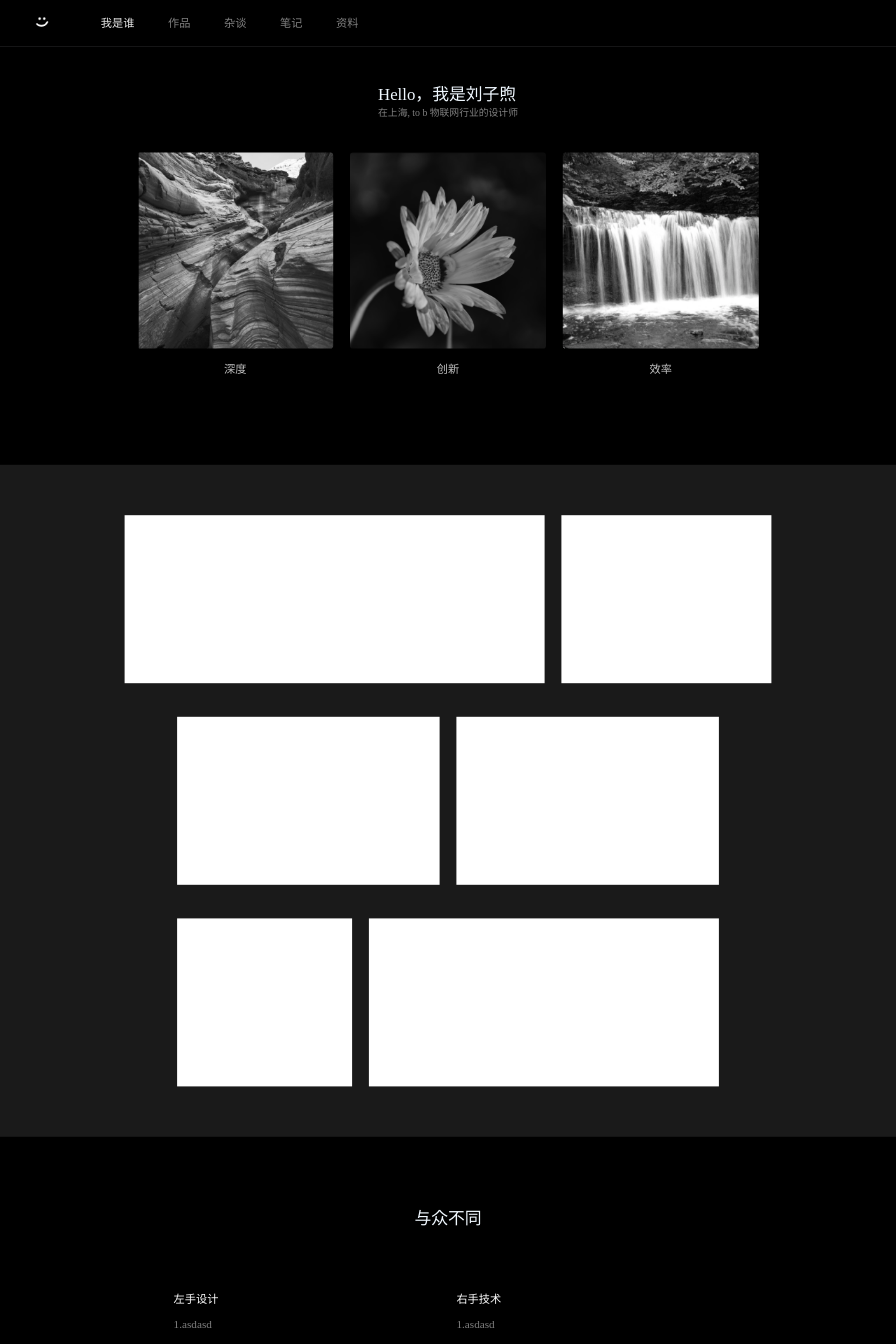
Repository: LiuZixu-aurelio/myblog-Vue
Page: /#/home/who
An editor plug-in stored every save of this project. The page is shown before and after the next save, followed by the edit.
The browser window is 1280 px wide. The pictures show the part of the page from y = 0 to 1920 px (the page is 2572 px tall), at 70% of full size.
The project was rebuilt for these pictures with package versions that can differ from the ones it lists, and the page was loaded fresh each time. Also part of the build but not shown: vue.config.js, src/views/PreView.vue, src/components/cardCom.vue, src/views/project.vue, src/views/talk.vue, src/views/sign.vue, src/views/test.vue, src/components/detailCom.vue.

Above is the page before, as saved 2022-08-29 15:18:26.

### src/App.vue
<template>
  <div>
    <!-- <img id='cursor' src="../public/Frame9.png" alt="" /> -->
    <router-view></router-view>
  </div>
</template>

<script>
/* window.onmousemove = function (e) {
  // e是事件对象
  console.log(document.querySelector('img').style.left)
  document.querySelector('img').style.left = e.pageX + 20 + 'px'
  document.querySelector('img').style.top = e.pageY + 20 + 'px'
} */
</script>


<style lang="scss">
* {
    cursor:url('../public/Frame9.svg'), auto;;
  }

/* #cursor {
    position: absolute;
    left: 0;
    top: 0;
} */

body{
  padding: 0px;
  margin: 0px;
  height: auto;
}
.hairlines{
  padding: 0px;
  margin: 0px;
}
#app{
  height: auto;
}

#pre {
  background-color: #000000;
  height: 100vh;

  .liuzixu{
    color: aliceblue;
    padding: 24px;
  }

  .cont{
    color: aliceblue;
    width: 100%;
    text-align: center;
    position: relative;
    top: 100px;
    z-index: 1;
  }

  .test {
  color:rgba(255, 255, 255, 0.5);
  z-index: 1;
  text-align: center;
  position: relative;
  bottom: -150px;
  width: auto;
  height: auto;
  cursor: default;
  font-size: 12px;
  }

  #start{
    width: 74px;
    height: 36px;
    border-radius: 18px;
    border: 1px solid white;
    color: white;
    background: none;
    font-size: 16px;
    margin: 16px 56px;
    position:static;
  }

  #start:hover{
    color: rgb(0,0,0 );
    background: white;
  }
}

.home{
  background-color: rgb(244, 246, 255);
  height: auto;

  .nav {
      background-color: black;
      height: 67px;
      line-height: 67px;
    img {
      margin: 0px 24px;
      position: relative;
      top: 4px;
    }

    .navkuaiu{
      margin: 0px 24px;
      color: rgba(255, 255, 255, 0.5);
      text-decoration: none;
      &.router-link-exact-active{
       color: rgba(255, 255, 255, 0.9);
    }
    }
    .navkuaiu:hover{
      font-size: 16px;
      color: rgba(255, 255, 255, 0.9);
      font-weight: 500;
    }

  }
  .color1{
    background-color: #000
  }

  .color2{
    background-color: rgb(244, 246, 255)
  }

  .whoheigt{height:94vh;

    .whocont{
      width: 92%;
      margin: auto;
      height: 90%;
      text-align: center;
    }

    .whodiv{
      display: inline-block;
      margin: 24px 24px 0px 24px;
      padding-bottom: 0px ;
      max-width: 80%;
      text-align: left;
      color: rgba(255, 255, 255, 0.75)
    }

    img{
      margin: 0px 24px;
      position: relative;
      top: 32px;
    }
  }
}

</style>

### src/router/index.js
import { createRouter, createWebHashHistory } from 'vue-router'
import HomeView from '../views/HomeView.vue'
import whoView from '../views/who.vue'
import PreView from '../views/PreView.vue'
import ProjectView from '../views/project.vue'
import TalkView from '../views/talk.vue'
import SignView from '../views/sign.vue'
import testQ from '../views/test.vue'

import DetailCom from '../components/detailCom.vue'

import { scard1, scard3 } from '../pages/zhihu.js'
import { scard1t, scard3t } from '../pages/talk-ux.js'
import { scardInfor1, scardInfor3 } from '../pages/infor.js'
import { extest1, extest3 } from '../pages/testhub.js'
import { button1, button3 } from '../pages/c-button'
import { signProduct1, signProduct3 } from '../pages/sign-product.js'
import { signBlender1, signBlender3 } from '../pages/sign-blender.js'
import { talkResponsive1, talkResponsive3 } from '../pages/talk-responsive.js'
import { signSAP1, signSAP3 } from '../pages/sign-sap.js'
import { signSalesforce1, signSalesforce3 } from '../pages/sign-salesforce.js'






const routes = [
  {
    path: '/', redirect: '/pre'
  },
  {
    path: '/pre',
    name: 'pre',
    component: PreView
  },
  {
    path: '/home',
    name: 'home',
    component: HomeView,
    children: [
      {
        path: '/home/who',
        name: 'homewho',
        component: whoView
      },
      {
        path: '/home/project',
        name: 'project',
        component: ProjectView,
      },
      {
        path: '/home/project/ZHIHU',
        name: 'ZHIHU',
        props: { na:scard1,im:scard3 },
        component: DetailCom
      },
      {
        path: '/home/project/test',
        name: 'testhub',
        props: { na:extest1,im:extest3 },
        component: DetailCom,
      },
      {
        path: '/home/project/infor',
        name: 'infor',
        props: { na:scardInfor1,im:scardInfor3 },
        component: DetailCom,
      },
      {
        path: '/home/talk',
        name: 'talk',
        component: TalkView,
      },
      {
        path: '/home/talk/DetailYHTYQT',
        name: 'Detail',
        props: { na:scard1t,im:scard3t },
        component: DetailCom
      },
      {
        path: '/home/talk/cbutton',
        name: 'cbutton',
        props: { na:button1,im:button3 },
        component: DetailCom
      },
      {
        path: '/home/talk/talk-responsive',
        name: 'talk-responsive',
        props: { na:talkResponsive1,im:talkResponsive3 },
        component: DetailCom
      },
      {
        path: '/home/sign',
        name: 'sign',
        component: SignView
      },
      {
        path: '/home/sign/sign-sap',
        name: 'sign-sap',
        props: { na:signSAP1,im:signSAP3 },
        component: DetailCom
      },
      {
        path: '/home/sign/sign-salesforce',
        name: 'sign-salesforce',
        props: { na:signSalesforce1,im:signSalesforce3 },
        component: DetailCom
      },
      {
        path: '/home/sign/sign-product',
        name: 'sign-product',
        props: { na:signProduct1,im:signProduct3 },
        component: DetailCom
      },
      {
        path: '/home/sign/sign-blender',
        name: 'sign-blender',
        props: { na:signBlender1,im:signBlender3 },
        component: DetailCom
      }
    ]
  },

  {
    path: '/testQ',
    name: 'testQ',
    component: testQ
  }
]

const router = createRouter({
  history: createWebHashHistory(),
  routes
})

export default router

### src/views/HomeView.vue
<template>
  <div class="home">
        <div class="nav">
            <router-link to="/" class="navkuaiu">
              <img src="../assets/smal-logo.png">
            </router-link>
            <router-link to="/home/who" class="navkuaiu">我是谁</router-link>
            <router-link to="/home/project" class="navkuaiu">作品</router-link>
            <router-link to="/home/talk" class="navkuaiu" v-if="'/home/talk'!=undefined">杂谈</router-link>
            <router-link to="/home/sign" class="navkuaiu">笔记</router-link>
            <a href="https://liuzixu-aurelio.github.io/designcollection/" class="navkuaiu" target="_blank">资料</a>
        </div>
        <router-view></router-view>
      <div></div>
  </div>
</template>

<script>

export default {
  name: 'HomeView',
  components: {}
}
</script>

<style>

</style>

### src/views/who.vue
<template>
<div id="who">
  <div class="title">
    Hello，我是刘子煦
    <div>在上海, to b 物联网行业的设计师</div>
  </div>
  <div id="character">
    <div>
      <div id="a1"></div>
      <p>深度</p>
    </div>
    <div>
      <div id="b1"></div>
      <p>创新</p>
    </div>
    <div>
      <div id="c1"></div>
      <p>效率</p>
    </div>
  </div>
  <div class="project">
    <div>
      <div id="a2"></div>
      <div id="b2"></div>
    </div>
    <div>
      <div id="a3"></div>
      <div id="b3"></div>
    </div>
    <div>
      <div id="a4"></div>
      <div id="b4"></div>
    </div>
  </div>
  <div id="tedian">
    <div class="title">与众不同</div>
    <div id="tedian2">
      <div class="tedian3">
        <div>左手设计</div>
        <ul>1.asdasd</ul>
        <ul>2.asdasd</ul>
        <ul>3.asdasd</ul>
      </div>
      <div class="tedian3">
        <div>右手技术</div>
        <ul>1.asdasd</ul>
        <ul>2.asdasd</ul>
        <ul>3.asdasd</ul>
      </div>
    </div>
  </div>
  <div class="project">
    <div class="title">联系方式</div>
    <div id="tedian2">
      <div class="tedian3">
        <div>email：liuzixuitalia@163.com</div>
        <div>email：liuzixuitalia@163.com</div>
        <div>email：liuzixuitalia@163.com</div>
      </div>
      <div class="tedian3">
        <div id="erweima"></div>
      </div>
    </div>
  </div>
</div>

</template>

<script>


export default {
  name: "whoView",
  components: {},
  mounted(){

  },
  methods: {
  },
  data() {
  },
};
</script>

<style>
#who {
  background-color: rgb(0, 0, 0);
  height: auto;
  display: flex;
  align-items: center;
  flex-wrap: wrap;
  flex-direction: column
}
.title {
  display: block;
  color: aliceblue;
  justify-content: center;
  align-items: center;
  margin: 48px 0px 0px 0px;
  font-size: 24px;
  flex-wrap: wrap

}
.title>div{
  font-size: 14px;
  color: rgba(255, 255, 255, 0.5);
}

#character {
  display: flex;
  margin: 48px 0px;
}

#character>div {
  width: 280px;
  height: 350px;
  margin: 0px 12px;
  display: flex;
  flex-direction: column;
  align-items: center
}
#character>div>p {
  color:rgba(255, 255, 255, 0.75);

}
#a1 {
  width: 280px;
  height: 280px;
  background-image: url('../assets/who/c2.png');
  background-size: 300px 300px;
  border-radius: 4px;
}
#b1 {
  width: 280px;
  height: 280px;
  background-image: url('../assets/who/c3.png');
  background-size: 300px 300px;
  border-radius: 4px;
}
#c1 {
  width: 280px;
  height: 280px;
  background-image: url('../assets/who/c1.png');
  background-size: 300px 300px;
  border-radius: 4px;
}

.project {
  background-color: rgba(255, 255, 255, 0.1);
  display: flex;
  flex-direction: column;
  width: 100%;
  padding: 48px 0px;
  margin: 48px 0px;
}

.project>div {
  height: auto;
  margin: 24px 0px;
  display: flex;
  justify-content: center;
}

#a2 {
  background-color: #fff;
  width: 600px;
  height: 240px;
}
#b2 {
  margin-left: 24px;
  background-color: #fff;
  width: 300px;
  height: 240px;
}
#a3 {
  background-color: #fff;
  width: 375px;
  height: 240px;
}
#b3 {
  margin-left: 24px;
  background-color: #fff;
  width: 375px;
  height: 240px;
}
#a4 {
  background-color: #fff;
  width: 250px;
  height: 240px;
}
#b4 {
  margin-left: 24px;
  background-color: #fff;
  width: 500px;
  height: 240px;
}

#tedian {
  margin-bottom: 48px;
  display: flex;
  flex-direction: column;
  align-items: center
}
#tedian2 {
  display: flex;
  margin-top: 48px;
}
.tedian3 {
  /* border: 1px solid red; */
  width: 380px;
  margin: 24px 12px;
}
.tedian3>div {
  color: #fff;
  font-size: 16px;
  margin-top: 16px;
}
.tedian3>ul {
  color: rgba(255, 255, 255, 0.5);
  padding: 0px;
}

#erweima {
  width: 100px;
  height: 100px;
  background-image: url('../assets/who/wc.png');
  background-size: 100px 100px
}
</style>

### src/pages/c-button.js
const button1 = '组件-按钮的剖析'

const aa = require("/src/assets/button.png")
const ab = 'url(' + aa +')'
const button2 = {backgroundImage: ab}

const button4 = '/home/talk/cbutton'

const a0 = require('/src/assets/button.png')
const a = require('/src/assets/button1.png')
const a1 = require('/src/assets/button2.png')
const a2 = require('/src/assets/button3.png')
const a3 = require('/src/assets/button4.png')
const a4 = require('/src/assets/button5.png')
const a5 = require('/src/assets/button6.png')
const a6 = require('/src/assets/button7.png')
const a7 = require('/src/assets/button8.png')
const button3 = [a0,a,a1,a2,a3,a4,a5,a6,a7]

export { button1 } // 标题
export { button2 } // 卡片背景
export { button3 } // 页面内容
export { button4 } // 路径

### src/pages/sign-product.js
const signProduct1 = '笔记-产品书籍&讲座'

const aa = require("/src/assets/sign/sign-product.png")
const ab = 'url(' + aa +')'
const signProduct2 = {backgroundImage: ab}

const signProduct4 = '/home/sign/sign-product'

const a0 = require('/src/assets/sign/sign-product.png')
const a = require('/src/assets/sign/sign-product1.png')
const a1 = require('/src/assets/sign/sign-product2.png')
const a2 = require('/src/assets/sign/sign-product3.png')
const signProduct3 = [a0,a,a1,a2]

export { signProduct1 } // 标题
export { signProduct2 } // 卡片背景
export { signProduct3 } // 页面内容
export { signProduct4 } // 路径

### src/pages/sign-blender.js
// 1.设置本页
// 2.配置路由
// 3.放入列表页

const signBlender1 = '笔记-blender'

const aa = require("/src/assets/sign/sign-blender.png")
const signBlender2 = {backgroundImage: 'url(' + aa +')'}

const signBlender3 =[
    require('/src/assets/sign/sign-blender.png'),
    require('/src/assets/sign/sign-blender1.png'),
    require('/src/assets/sign/sign-blender2.png'),
    require('/src/assets/sign/sign-blender3.png'),
    require('/src/assets/sign/sign-blender4.png'),
    require('/src/assets/sign/sign-blender5.png')
]

const signBlender4 = '/home/sign/sign-blender'

export { signBlender1 } // 标题
export { signBlender2 } // 卡片背景
export { signBlender3 } // 页面内容
export { signBlender4 } // 路径

### src/pages/talk-responsive.js
// 1.设置本页
// 2.配置路由
// 3.放入列表页

const talkResponsive1 = '组件-布局响应式'

const aa = require("/src/assets/talk/talk-responsive.png")
const talkResponsive2 = {backgroundImage: 'url(' + aa +')'}

const talkResponsive3 =[
    require('/src/assets/talk/talk-responsive.png'),
    require('/src/assets/talk/talk-responsive1.png'),
    require('/src/assets/talk/talk-responsive2.png'),
    require('/src/assets/talk/talk-responsive3.png'),
    require('/src/assets/talk/talk-responsive4.png')
]

const talkResponsive4 = '/home/talk/talk-responsive'

export { talkResponsive1 } // 标题
export { talkResponsive2 } // 卡片背景
export { talkResponsive3 } // 页面内容
export { talkResponsive4 } // 路径

### src/pages/sign-sap.js
const signSAP1 = '笔记-SAP设计系统'

const aa = require("/src/assets/sign/sign-sap.png")
const ab = 'url(' + aa +')'
const signSAP2 = {backgroundImage: ab}

const signSAP4 = '/home/sign/sign-sap'

const signSAP3 =[
    require('/src/assets/sign/sign-sap.png'),
    require('/src/assets/sign/sign-sap1.png'),
    require('/src/assets/sign/sign-sap2.png'),
    require('/src/assets/sign/sign-sap3.png'),
    require('/src/assets/sign/sign-sap4.png'),
    require('/src/assets/sign/sign-sap5.png'),
    require('/src/assets/sign/sign-sap6.png')
]

export { signSAP1 } // 标题
export { signSAP2 } // 卡片背景
export { signSAP3 } // 页面内容
export { signSAP4 } // 路径

### src/pages/sign-salesforce.js
// 1.设置本页
// 2.配置路由
// 3.放入列表页

const signSalesforce1 = '设计系统-salesforce'

const aa = require("/src/assets/sign/sign-salesforce.png")
const signSalesforce2 = {backgroundImage: 'url(' + aa +')'}

const signSalesforce3 =[
    require('/src/assets/sign/sign-salesforce.png'),
    require('/src/assets/sign/sign-salesforce1.png'),
    require('/src/assets/sign/sign-salesforce2.png'),
    require('/src/assets/sign/sign-salesforce3.png'),
    require('/src/assets/sign/sign-salesforce4.png'),
    require('/src/assets/sign/sign-salesforce5.png'),
    require('/src/assets/sign/sign-salesforce6.png'),
    require('/src/assets/sign/sign-salesforce7.png')
]

const signSalesforce4 = '/home/sign/sign-salesforce'

export { signSalesforce1 } // 标题
export { signSalesforce2 } // 卡片背景
export { signSalesforce3 } // 页面内容
export { signSalesforce4 } // 路径

Loaded but not shown: public/index.html (common file); src/main.js (common file); src/pages/infor.js (no copy from this time; the picture is the same without it); src/pages/talk-ux.js (no copy from this time; the picture is the same without it); src/pages/testhub.js (no copy from this time; the picture is the same without it); src/pages/zhihu.js (no copy from this time; the picture is the same without it)

After the next save:
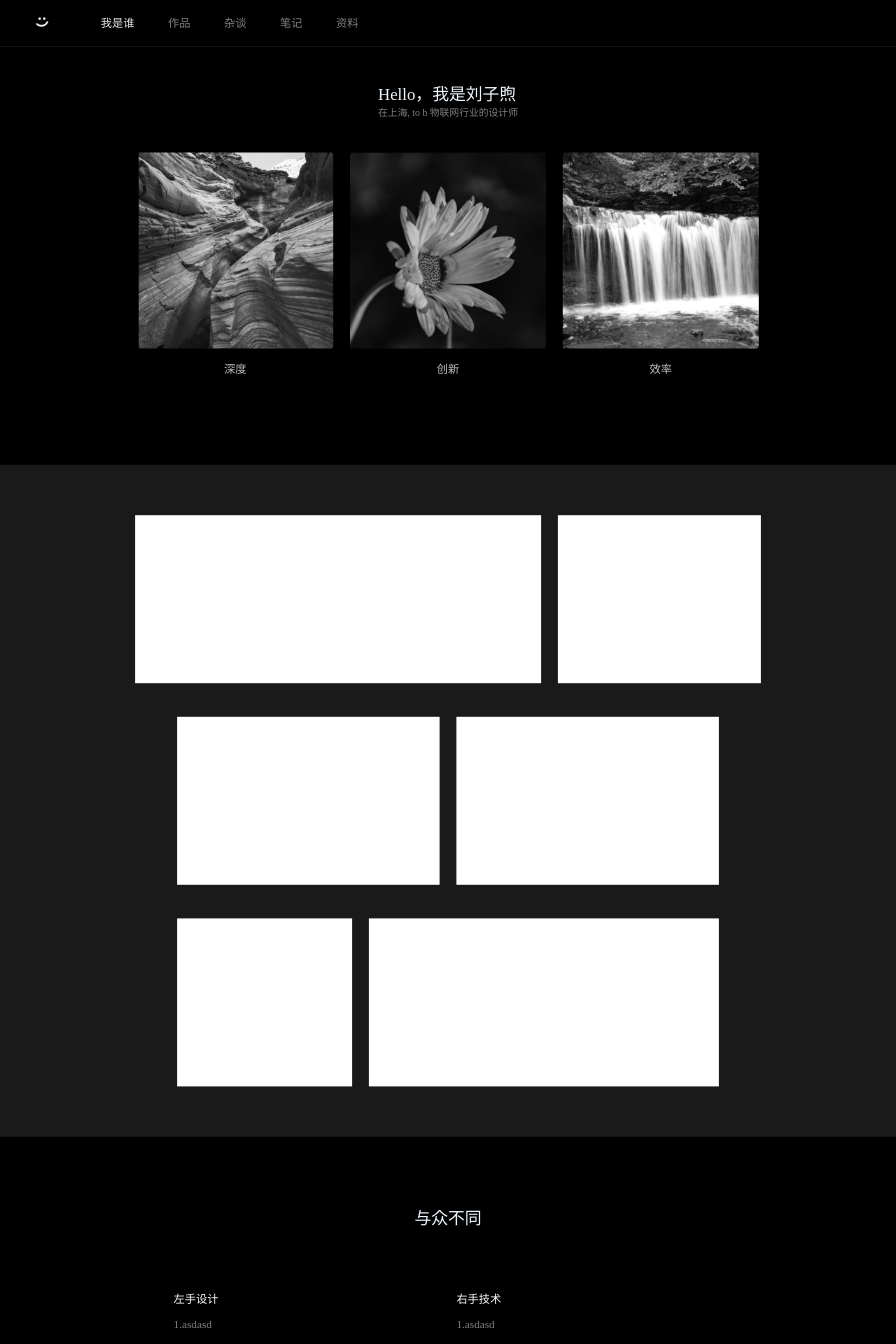
Saved 19 s later.
--- a/src/views/who.vue
+++ b/src/views/who.vue
@@ -163,13 +163,13 @@
 
 #a2 {
   background-color: #fff;
-  width: 600px;
+  width: 580px;
   height: 240px;
 }
 #b2 {
   margin-left: 24px;
   background-color: #fff;
-  width: 300px;
+  width: 290px;
   height: 240px;
 }
 #a3 {
